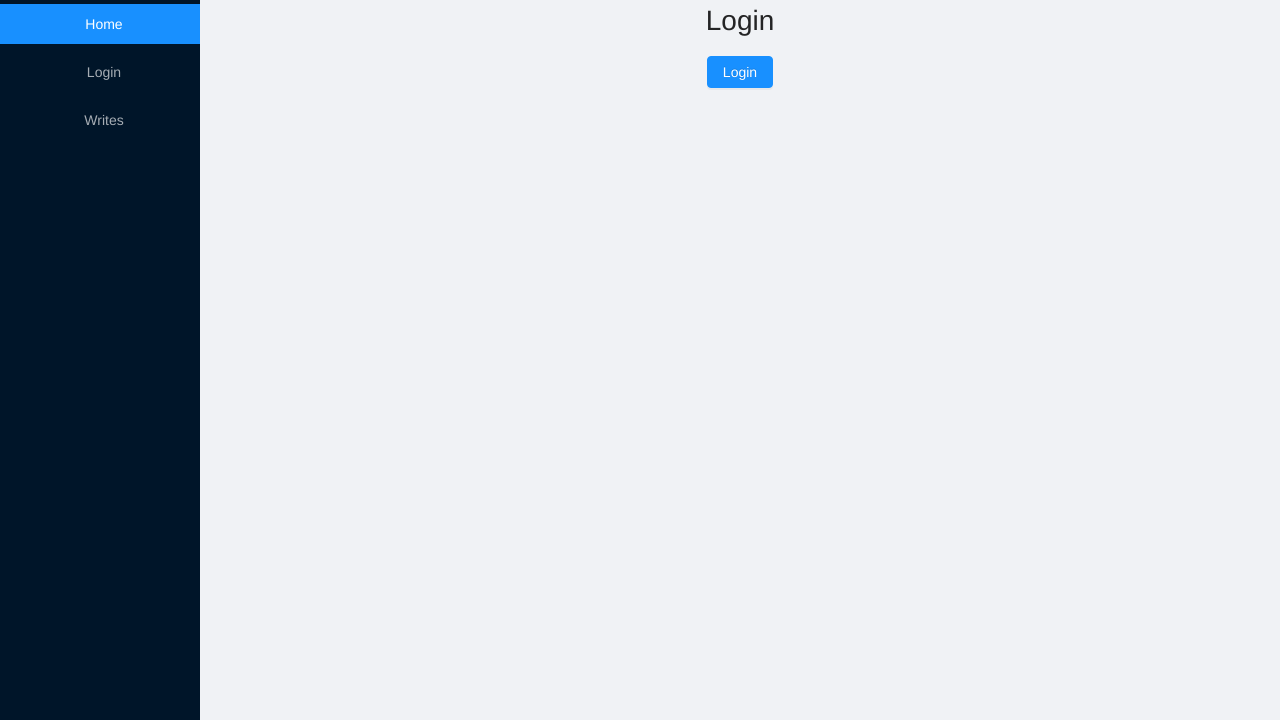
Repository: writesapp/mod
Page: /login
An editor plug-in stored every save of this project. The page is shown before and after the next save, followed by the edit.
The browser window is 1280 px wide. The pictures show the whole page.
The project was rebuilt for these pictures with package versions that can differ from the ones it lists, and the page was loaded fresh each time. Also part of the build but not shown: src/views/Home.vue, src/views/Writes.vue.

Above is the page before, as saved 2020-07-09 16:16:21.

After the next save:
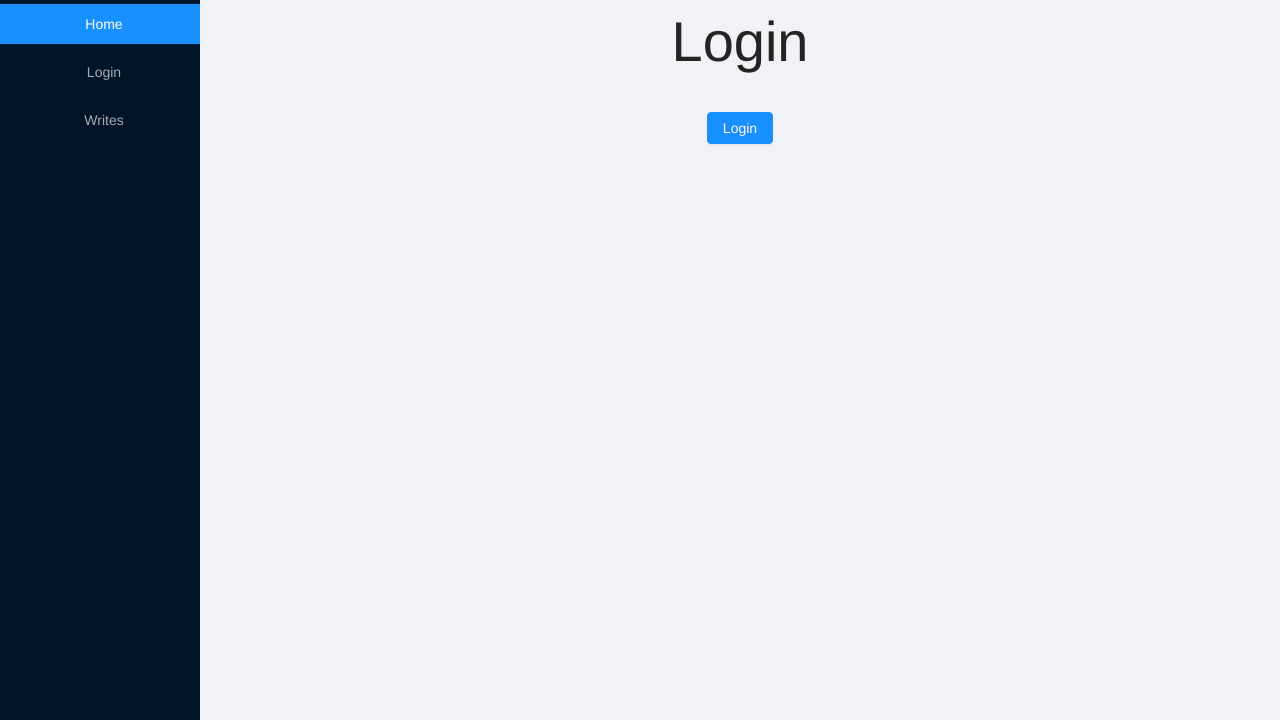
Saved 38 s later.
--- a/src/views/Login.vue
+++ b/src/views/Login.vue
@@ -30,6 +30,6 @@ export default {
 
 <style scoped>
   h1 {
-    font-size: 2em;
+    font-size: 4em;
   }
 </style>
